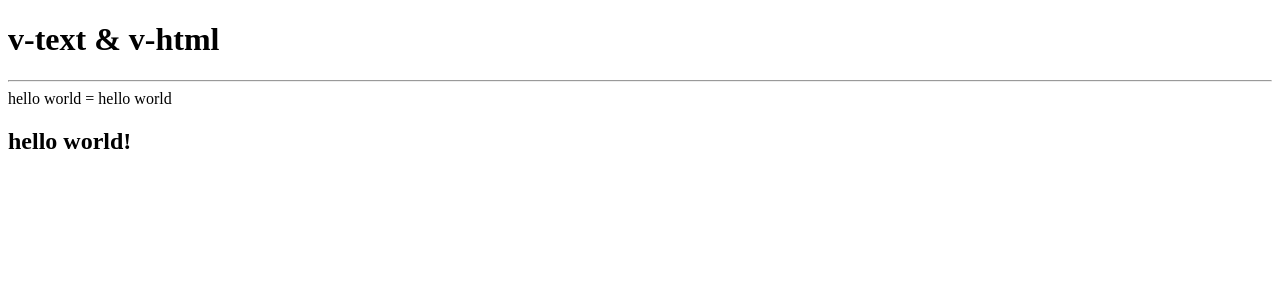
Repository: 13982720426/vue2.0-LearningNotes
Page: example/v-on.html
An editor plug-in stored every save of this project. The page is shown before and after the next save, followed by the edit.
The browser window is 1280 px wide. The pictures show the whole page.

Above is the page before, as saved 2021-06-17 19:58:25.

After the next save:
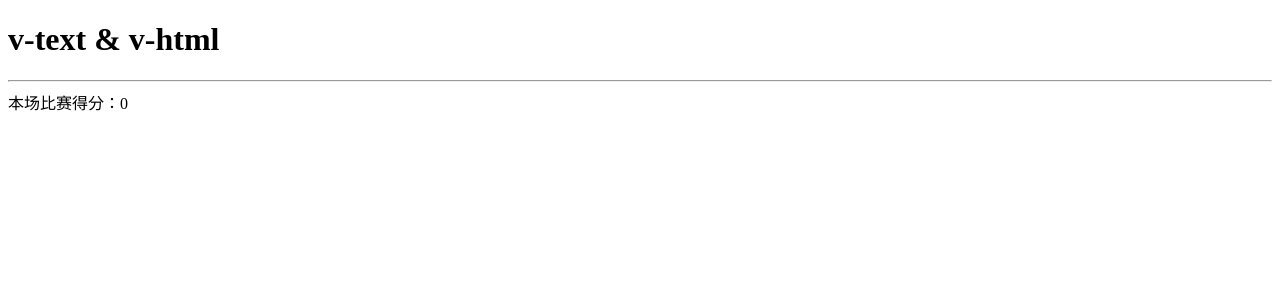
Saved 2 min 26 s later.
--- a/example/v-on.html
+++ b/example/v-on.html
@@ -10,19 +10,12 @@
   <body>
     <h1>v-text & v-html</h1>
     <hr />
-    <div id="app">
-      <span>{{ message }}</span>
-      =
-      <span v-text="message"></span>
-      <br />
-      <span v-html="dodo"></span>
-    </div>
+    <div id="app">本场比赛得分：{{fenshu}}</div>
     <script type="text/javascript">
       var app = new Vue({
         el: '#app',
         data: {
-          message: 'hello world',
-          dodo: '<h2>hello world!</h2>',
+          fenshu: 0,
         },
       });
     </script>
